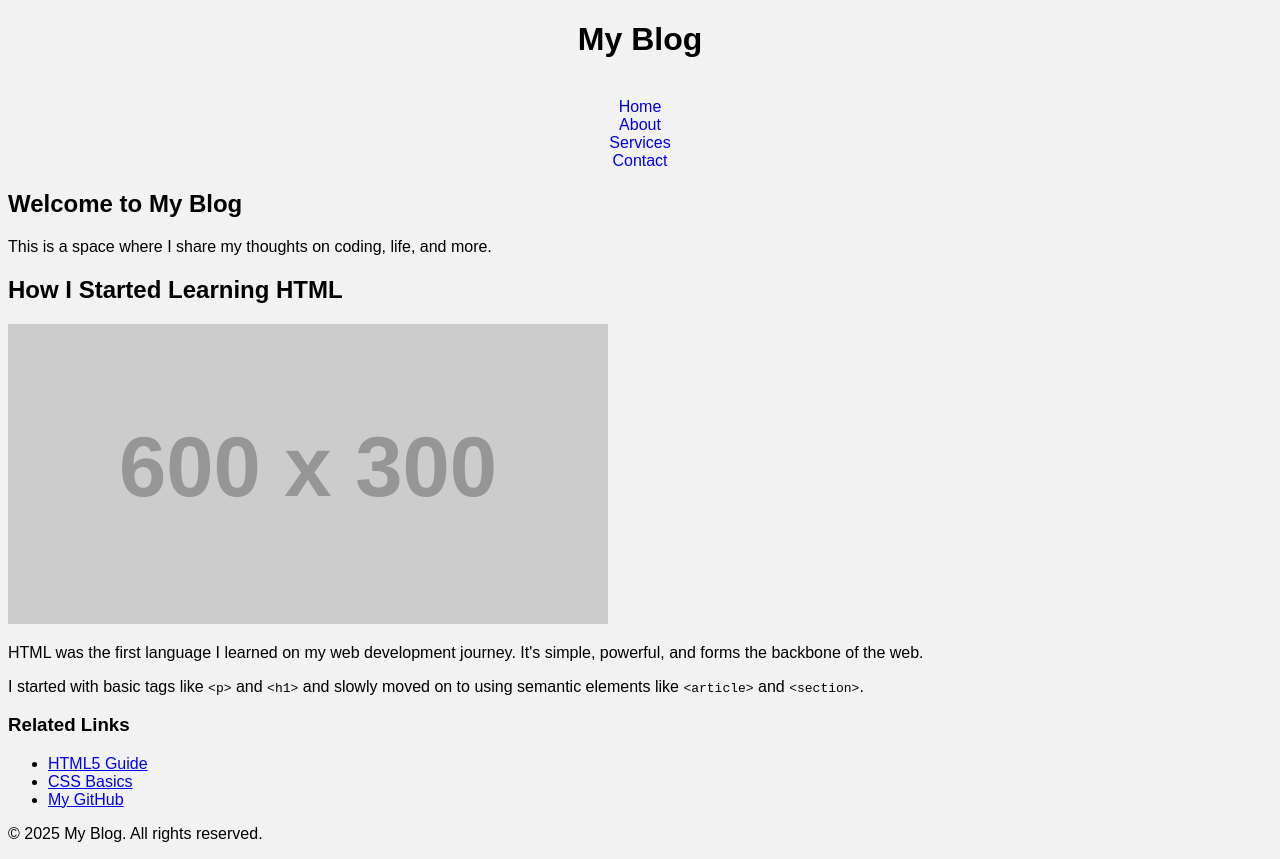
Repository: SainediAmbika/RecallingAll
Page: Angular Recalling/Blog Page/index.html
These files come from the project's save history. The page is drawn as it stood at one moment and after the next save; the edit follows.
The browser window is 1280 px wide. The pictures show the whole page.

Above is the page before, as saved 2025-05-19 12:00:19.

After the next save:
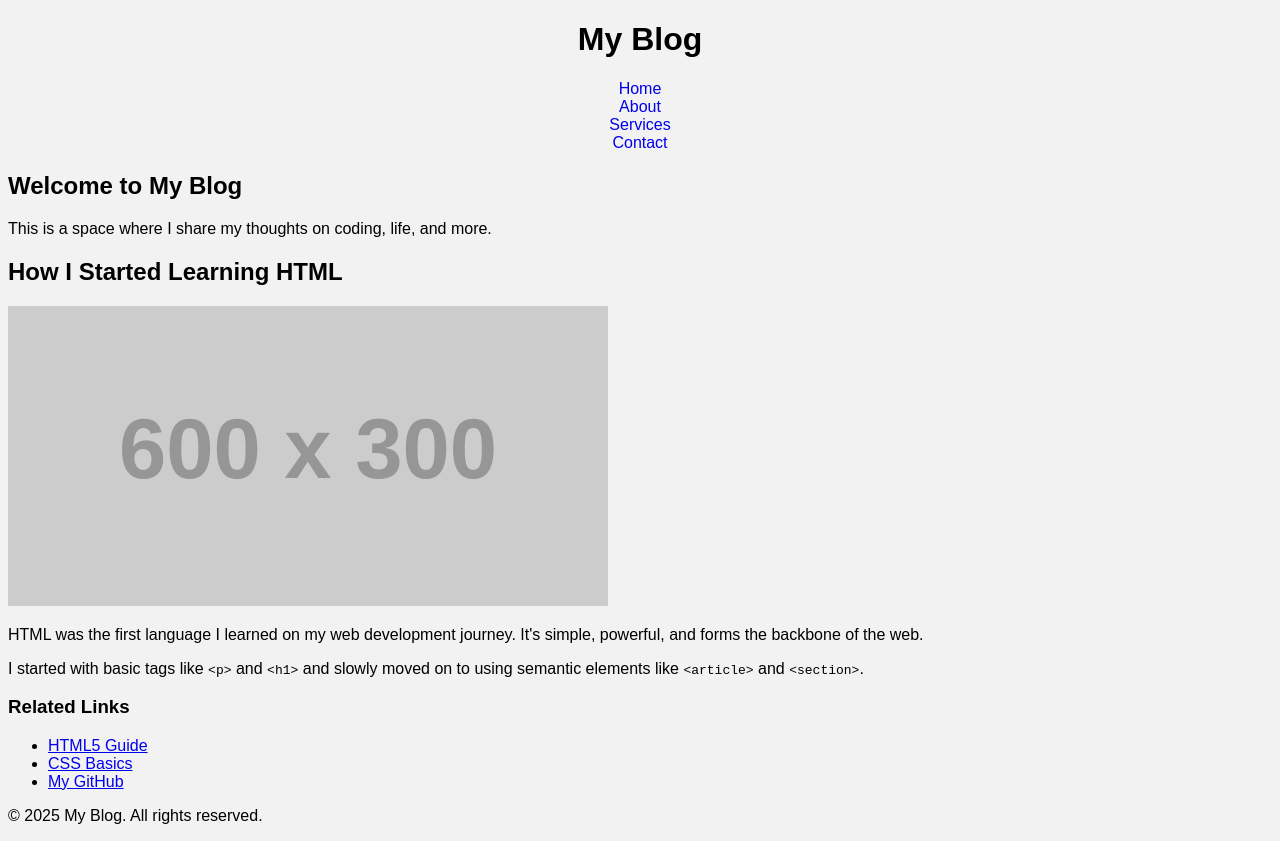
Saved 23 s later.
--- a/Angular Recalling/Blog Page/app.css
+++ b/Angular Recalling/Blog Page/app.css
@@ -6,6 +6,7 @@
 nav ul{
     list-style-type: none;
 display: inline;
+padding: 0
 }
 
 nav ul li a{
